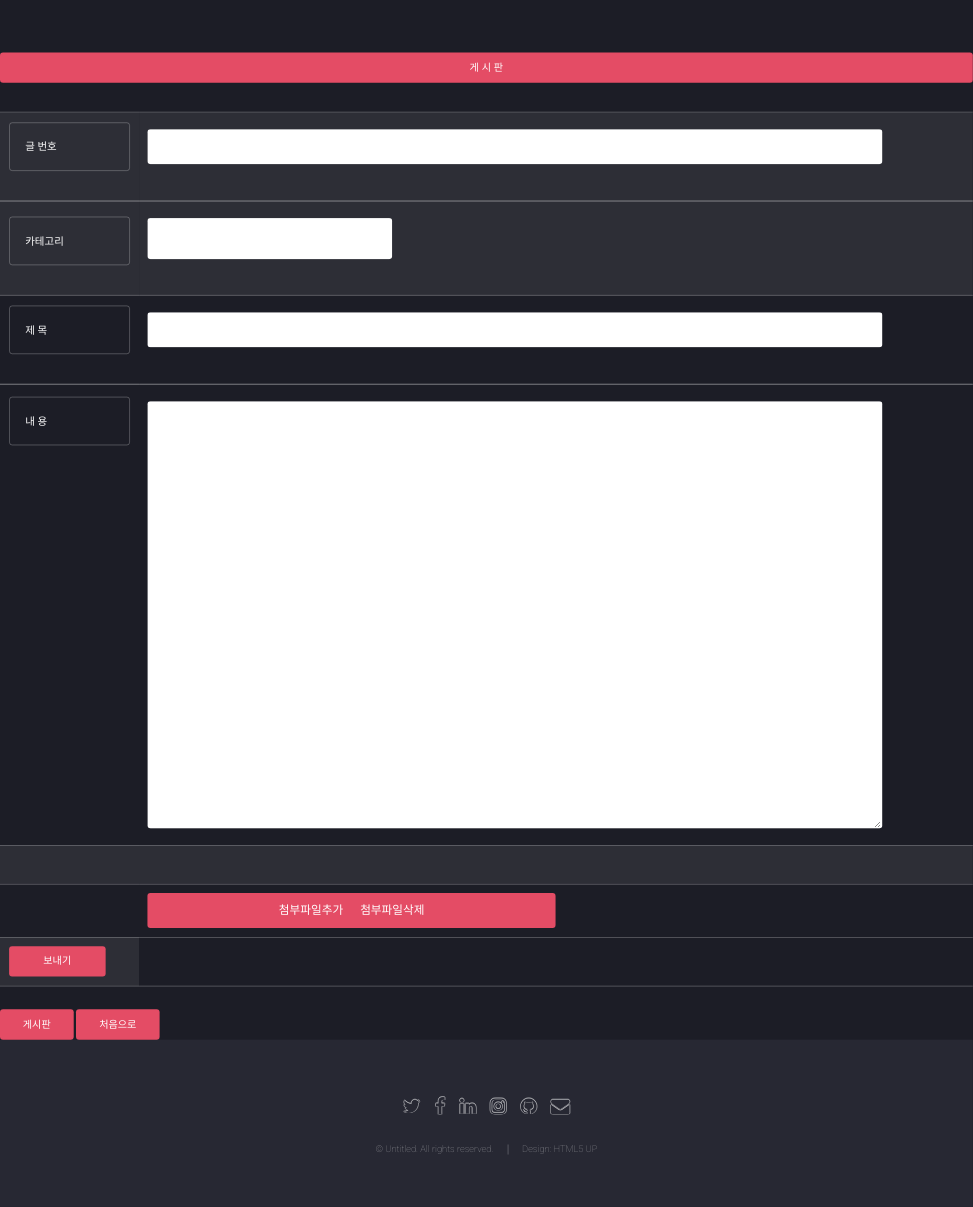
Repository: worMholEamkim/SpringEX
Page: http://localhost/bbs/bbsupdate.do
An editor plug-in stored every save of this project. The page is shown before and after the next save, followed by the edit.
The browser window is 1280 px wide. The pictures show the whole page, at 76% of full size.
The page is served by Tomcat 9. Other server files are loaded and not shown. Queries for data that is not in the repository find no rows.

Above is the page before, as saved 2019-03-18 05:20:33.

### JSP_WepPage_Server-master.zip_expanded/JSP_WepPage_Server-master/bbs/WebContent/WEB-INF/bbsupdate.jsp
<%@ page language="java" contentType="text/html; charset=UTF-8"
	pageEncoding="UTF-8"%>
<%@ taglib prefix="c" uri="http://java.sun.com/jsp/jstl/core"%>

<!DOCTYPE html>
<html lang="en">
<head>
<title>게시판 업로드데스</title>
<meta charset="utf-8">
		<meta charset="utf-8" />
		<meta name="viewport" content="width=device-width, initial-scale=1, user-scalable=no" />
		<link rel="stylesheet" href="assets/css/main.css" />
<style>

	box {
		display: inline;
		transition: border-color 0.2s ease-in-out;
	    background: transparent;
	    border-radius: 4px;
	    border: solid 1px rgba(255, 255, 255, 0.3);
	    color: inherit;
	    text-decoration: none;


	}

	a {
		color:white;
		text-decoration:none;
		border-bottom-color:transparent;

	}


</style>

</head>
<body class="is-preload">
	<%
		String sessionID = null;
		if (session.getAttribute("sessionID") != null) {
			sessionID = (String) session.getAttribute("sessionID");
		}
	%>
	<div class="wrapper style1">
			<button class="button primary fit"><a href="bbs.do">게 시 판</a></button>
		</div>
		<div align="center">
			<form method="post" action="bbsupdate.do">
				<table border=0px>
					<tr>
						<td><h5 class="box">글 번호</h5></td>
						<td colspan="4"><input name="bbsId" type="text" value="${bbsUpdate.bbsId}"  readonly
							style="width: 90%; padding: 12px 20px; margin: 10px 0px; background-color: white; box-sizing: border-box; border-radius: 4px;
	    border: solid 1px rgba(255, 255, 255, 0.3);">
						</td>
					<tr>
					<tr>
						<td><h5 class="box">카테고리</h5></td>
						<td colspan="4">
						<select name="category"
							style="width: 30%; padding: 12px 20px; font-size: 18px; margin: 10px 0px; background-color: white; box-sizing: border-box; border-radius: 4px;
	    border: solid 1px rgba(255, 255, 255, 0.3);">
								<c:if test="${bbsUpdate.bbsCategory == 'math'}">
									<option value="math" selected>수학</option>
								</c:if>
								<c:if test="${bbsUpdate.bbsCategory != 'math'}">
									<option value="math">수학</option>
								</c:if>
								<c:if test="${bbsUpdate.bbsCategory == 'enjoy'}">
									<option value="enjoy" selected>여행</option>
								</c:if>
								<c:if test="${bbsUpdate.bbsCategory != 'enjoy'}">
									<option value="enjoy">여행</option>
								</c:if>
								<c:if test="${bbsUpdate.bbsCategory == 'pic'}">
									<option value="pic" selected>사진</option>
								</c:if>
								<c:if test="${bbsUpdate.bbsCategory != 'pic'}">
									<option value="pic">사진</option>
								</c:if>
								<c:if test="${bbsUpdate.bbsCategory == 'java'}">
									<option value="java" selected>java</option>
								</c:if>
								<c:if test="${bbsUpdate.bbsCategory != 'java'}">
									<option value="java">java</option>
								</c:if>
								<c:if test="${bbsUpdate.bbsCategory == 'web'}">
									<option value="web" selected>웹프로그래밍</option>
								</c:if>
								<c:if test="${bbsUpdate.bbsCategory != 'web'}">
									<option value="web">웹프로그래밍</option>
								</c:if>
								<c:if test="${bbsUpdate.bbsCategory == 'estate'}">
									<option value="estate" selected>부동산</option>
								</c:if>
								<c:if test="${bbsUpdate.bbsCategory != 'estate'}">
									<option value="estate">부동산</option>
								</c:if>
								<c:if test="${bbsUpdate.bbsCategory == 'food'}">
									<option value="food" selected>음식</option>
								</c:if>
								<c:if test="${bbsUpdate.bbsCategory != 'food'}">
									<option value="food">음식</option>
								</c:if>
								<c:if test="${bbsUpdate.bbsCategory == 'common'}">
									<option value="common" selected>상식</option>
								</c:if>
								<c:if test="${bbsUpdate.bbsCategory != 'common'}">
									<option value="common">상식</option>
								</c:if>
						</select>
						</td>

					</tr>
					<tr>
						<td><h5 class="box">제 목</h5></td>
						<td colspan="4"><input name="title" type="text" value="${bbsUpdate.bbsTitle}"
							style="width: 90%; padding: 12px 20px; margin: 10px 0px; background-color: white; box-sizing: border-box; border-radius: 4px;
	    border: solid 1px rgba(255, 255, 255, 0.3);">
						</td>
					<tr>
					<tr>
						<td><h5 class="box">내 용</h5></td>
						<td colspan="4"><textarea name="content" rows="20" cols="80"
								style="width: 90%; padding: 12px 20px; margin: 10px 0px; background-color: white; box-sizing: border-box; border-radius: 4px;
	    border: solid 1px rgba(255, 255, 255, 0.3);;">
								${bbsUpdate.bbsContent}</textarea>
						</td>
					</tr>

					<tr>
						<td colspan="5"><br>
						</td>
					<tr>

						<script type="text/javascript">
							var uf = "";
							function file_add(size, ext) {
								var filecountTemp = parseInt(document
										.getElementById("file_cnt").value);
								var parents = document
										.getElementById("file_add_form");
								var br = document.createElement("br");
								br.setAttribute("id", "br" + (filecountTemp + 1));
								parents.appendChild(br);
								if (filecountTemp == 30) {
									alert("파일업로드는 최대 30개까지 가능합니다"); //< --- 이 부분 지우면 무한대로 추가됨.
									return;
								} else {
									var obj = document.createElement("input");
									obj.setAttribute("type", "file");
									obj.setAttribute("size", size);
									obj.setAttribute("name", "bbs_file"
											+ (filecountTemp + 1));
									obj.setAttribute("id", "file"
											+ (filecountTemp + 1));
									parents.appendChild(obj);
								}
								document.getElementById("file_cnt").value = filecountTemp + 1;
							}
							function file_delete() {
								var filecountTemp = parseInt(document
										.getElementById("file_cnt").value);
								var parents = document
										.getElementById("file_add_form");
								var obj = document.getElementById('file'
										+ filecountTemp);
								var br = document.getElementById('br'
										+ filecountTemp);
								parents.removeChild(obj);

								document.getElementById("file_cnt").value = filecountTemp - 1;
							}
						</script>

						<td colspan="2"></td>

						<td colspan="2">
						<div class="button primary" style="width: 50%;">
						<input type="hidden" id="file_cnt"
							name="file_cnt" value="1" style="">
							<a href="javascript:file_add(50, 'class=input_write');"><b>첨부파일추가</b></a>&nbsp;&nbsp;&nbsp;&nbsp;&nbsp;
							<a href="javascript:file_delete();"><b>첨부파일삭제</b></a>
						</div>
						</td>
					</tr>

						<td colspan="2"><button type="submit"
								class="button primary"
								style="width: 80%;">보내기</button>
						</td>
					</tr>
				</table>
			</form>
		</div>

			<button class="button primary">
				<a href='bbs.do'>게시판</a>
			</button>

			<button class="button primary">
				<a href='home.do'>처음으로</a>
			</button>
	</div>
</body>
<footer id="footer">
					<ul class="icons">
						<li><a href="#" class="icon alt fa-twitter"><span class="label">Twitter</span></a></li>
						<li><a href="#" class="icon alt fa-facebook"><span class="label">Facebook</span></a></li>
						<li><a href="#" class="icon alt fa-linkedin"><span class="label">LinkedIn</span></a></li>
						<li><a href="#" class="icon alt fa-instagram"><span class="label">Instagram</span></a></li>
						<li><a href="#" class="icon alt fa-github"><span class="label">GitHub</span></a></li>
						<li><a href="#" class="icon alt fa-envelope"><span class="label">Email</span></a></li>
					</ul>
					<ul class="copyright">
						<li>&copy; Untitled. All rights reserved.</li><li>Design: <a href="http://html5up.net">HTML5 UP</a></li>
					</ul>
				</footer>
</html>

### JSP_WepPage_Server-master.zip_expanded/JSP_WepPage_Server-master/bbs/src/com/jsp/controller/BbsUpdateController.java
package com.jsp.controller;

import java.io.IOException;

import javax.servlet.RequestDispatcher;
import javax.servlet.ServletException;
import javax.servlet.http.HttpServlet;
import javax.servlet.http.HttpServletRequest;
import javax.servlet.http.HttpServletResponse;
import javax.servlet.http.HttpSession;

import com.jsp.dao.BbsDao;
import com.jsp.dao.TransactionDao;
import com.jsp.dto.BbsDto;
import com.oreilly.servlet.MultipartRequest;
import com.oreilly.servlet.multipart.DefaultFileRenamePolicy;

public class BbsUpdateController extends HttpServlet {
	@Override
	protected void doGet(HttpServletRequest req, HttpServletResponse resp) throws ServletException, IOException {
		String bbsID = req.getParameter("id");
		BbsDao bbsDao = BbsDao.getInstance();
		BbsDto bbsDto = bbsDao.selectById(bbsID);

		req.setAttribute("bbsUpdate", bbsDto);

		RequestDispatcher rd = req.getRequestDispatcher("/WEB-INF/bbsupdate.jsp");
		rd.forward(req, resp);
	}
	@Override
	protected void doPost(HttpServletRequest req, HttpServletResponse resp) throws ServletException, IOException {

		HttpSession session = req.getSession();
		String sessionID = null;
		if (session.getAttribute("sessionID") != null) {
			sessionID = (String) session.getAttribute("sessionID");
		}

		req.setCharacterEncoding("UTF-8");
		resp.setContentType("text/html;charset=UTF-8");

		String category = req.getParameter("category");
		String title = req.getParameter("title");
		String content = req.getParameter("content");
		String bbsId = req.getParameter("bbsId");


		BbsDto bbsDto = new BbsDto();
		bbsDto.setBbsTitle(title);
		bbsDto.setBbsCategory(category);
		bbsDto.setBbsContent(content);
		bbsDto.setBbsId(bbsId);



		TransactionDao tDao = TransactionDao.getInstance();
		System.out.println("업데이트올 작동?");
		int resultTrans = tDao.updateAll(bbsDto);
		//왜애 ㅠㅠㅠ어리머람ㅇㄴ리ㅏㅓㄴㅁ아ㅣ렁ㄴㅁ
		System.out.println(bbsDto.toString());
		req.setAttribute("resultTrans", resultTrans);

		RequestDispatcher rd = req.getRequestDispatcher("bbs.do");

		rd.forward(req, resp);

	}


}

### JSP_WepPage_Server-master.zip_expanded/JSP_WepPage_Server-master/bbs/src/com/jsp/dao/BbsDao.java
package com.jsp.dao;

import java.sql.Connection;
import java.sql.DriverManager;
import java.sql.PreparedStatement;
import java.sql.ResultSet;
import java.sql.SQLException;
import java.util.ArrayList;
import java.util.List;

import com.jsp.dto.BbsDto;

public class BbsDao {

	private static BbsDao bbsDao;
	private Connection conn;
	private PreparedStatement pstmt;
	private int result;
	private ResultSet rs;
	private List<BbsDto> bbsList;


	private BbsDao() {
	}



	public static synchronized BbsDao getInstance() {
		if(bbsDao == null) {
			bbsDao = new BbsDao();
	}
		return bbsDao;
	}
	public Connection getConnect() {
		String url = "jdbc:oracle:thin:@localhost:1521:xe";
		String id = "BIG";
		String pw ="1234";
		try {
			Class.forName("core.log.jdbc.driver.OracleDriver");
			conn = DriverManager.getConnection(url, id, pw);

		} catch(ClassNotFoundException e) {
			e.printStackTrace();
		} catch(SQLException e) {
			e.printStackTrace();
		}
		return conn;
	}

	public BbsDto selectById(String id) {

		// id 확인
		//System.out.println("dao에서 id = " + id);
		BbsDto bbsDto = new BbsDto();
		//System.out.println("왜");
		conn = this.getConnect();
		//System.out.println("에러가난거야 쉬뱌ㅠㅠ");

		StringBuffer query = new StringBuffer();
		query.append("SELECT *");
		query.append(" FROM BBS");
		query.append(" WHERE BBSID=? ");

		try {
			//System.out.println("양심적으로 try문은 들어가야지?");
			pstmt = conn.prepareStatement(query.toString());
			pstmt.setString(1, id);

			//System.out.println("설마 여긴가?");
			rs = pstmt.executeQuery();
			// rs 확인
			//System.out.println("dao에서 " + rs);
			while (rs.next()) {

				bbsDto.setId(rs.getString("ID"));
				bbsDto.setBbsId(rs.getString("BBSID"));
				bbsDto.setBbsTitle(rs.getString("BBSTITLE"));
				bbsDto.setBbsDate(rs.getString("BBSDATE"));
				bbsDto.setBbsCategory(rs.getString("BBSCATEGORY"));
				bbsDto.setBbsContent(rs.getString("BBSCONTENT"));
				bbsDto.setBbsHit(rs.getString("BBSHIT"));
				//System.out.println(bbsDto.toString());
			}
		} catch (SQLException e) {

		} finally {
			this.close(conn, pstmt, null);
		}
		return bbsDto;
	}


	public BbsDto selectBeforeById(String id) {

		BbsDto bbsDto = new BbsDto();
		conn = this.getConnect();
		StringBuffer query = new StringBuffer();

		query.append("SELECT * FROM BBS WHERE BBSID IN ");
		query.append(" ((SELECT MAX(BBSID) FROM BBS ");
		query.append(" WHERE BBSID < ? ))");
		try {
			pstmt = conn.prepareStatement(query.toString());
			pstmt.setString(1, id);
			rs = pstmt.executeQuery();

			while(rs.next()) {
				bbsDto.setId(rs.getString("ID"));
				bbsDto.setBbsId(rs.getString("BBSID"));
				bbsDto.setBbsTitle(rs.getString("BBSTITLE"));
				bbsDto.setBbsDate(rs.getString("BBSDATE"));
				bbsDto.setBbsCategory(rs.getString("BBSCATEGORY"));
				bbsDto.setBbsContent(rs.getString("BBSCONTENT"));
				bbsDto.setBbsHit(rs.getString("BBSHIT"));
			}
		} catch (SQLException e) {

		} finally {
			this.close(conn, pstmt, null);
		}
		return bbsDto;
	}


	public BbsDto selectAfterById(String id) {

		BbsDto	bbsDto = new BbsDto();
		conn = this.getConnect();
		StringBuffer query = new StringBuffer();

		query.append("SELECT * FROM BBS WHERE BBSID IN ");
		query.append(" ((SELECT MIN(BBSID) FROM BBS ");
		query.append(" WHERE BBSID > ? )) ");
		try {
			pstmt = conn.prepareStatement(query.toString());
			pstmt.setString(1, id);
			rs = pstmt.executeQuery();

			while(rs.next()) {
				bbsDto.setId(rs.getString("ID"));
				bbsDto.setBbsId(rs.getString("BBSID"));
				bbsDto.setBbsTitle(rs.getString("BBSTITLE"));
				bbsDto.setBbsDate(rs.getString("BBSDATE"));
				bbsDto.setBbsCategory(rs.getString("BBSCATEGORY"));
				bbsDto.setBbsContent(rs.getString("BBSCONTENT"));
				bbsDto.setBbsHit(rs.getString("BBSHIT"));
			}
		} catch (SQLException e) {

		} finally {
			this.close(conn, pstmt, null);
		}
		return bbsDto;
	}


	public int hitUpdate(String id) {

		conn = this.getConnect();
		StringBuffer query = new StringBuffer();
		query.append("UPDATE BBS SET BBSHIT = BBSHIT +1 WHERE BBSID=?");
			try {
				pstmt = conn.prepareStatement(query.toString());
				pstmt.setString(1, id);
				result = pstmt.executeUpdate();
			} catch(SQLException e1) {
	}
			finally {
				this.close(conn, pstmt, null);
			}
			return result;
	}

	public int hitUpdate(Connection conn, String id) {

			conn = this.getConnect();
			StringBuffer query = new StringBuffer();
			query.append("UPDATE BBS SET BBSHIT = BBSHIT +1 WHERE BBSID=?");
				try {
					pstmt = conn.prepareStatement(query.toString());
					pstmt.setString(1, id);
					result = pstmt.executeUpdate();
				} catch(SQLException e1) {
		}
				finally {
					this.close(conn, pstmt, null);
				}
				return result;
		}



	public int update(BbsDto bbsDto) {

		conn = this.getConnect();
		StringBuffer query = new StringBuffer();
		query.append("UPDATE BBS SET ");
		query.append(" BBTITLE=?, BBSCATEGORY=?, BBSCONTENT=?");
		query.append(" WHERE BBSID=?");
			try {
				pstmt = conn.prepareStatement(query.toString());
				pstmt.setString(1, bbsDto.getBbsTitle());
				pstmt.setString(2, bbsDto.getBbsCategory());
				pstmt.setString(3, bbsDto.getBbsContent());
				pstmt.setString(4, bbsDto.getBbsId());

				result = pstmt.executeUpdate();
			} catch (SQLException e1) {

			} finally {
				this.close(conn, pstmt, null);
			}
			return result;
	}


	public int insert(BbsDto bbsDto) {

		conn = this.getConnect();
		StringBuffer query = new StringBuffer();
		query.append("INSERT INTO BBS(BBSID, ID, BBSTITLE, BBSDATE, BBSCATEGORY, BBSCONTENT, BBSHIT)");
		query.append(" VALUES (bbs_seq.nextval ,? ,? ,sysdate,? ,? ,0 )");

		try {
			pstmt = conn.prepareStatement(query.toString());
			pstmt.setString(1, bbsDto.getId());
			pstmt.setString(2, bbsDto.getBbsTitle());
			pstmt.setString(3, bbsDto.getBbsCategory());
			pstmt.setString(4, bbsDto.getBbsContent());

			result = pstmt.executeUpdate();

		} catch (SQLException e) {
			e.printStackTrace();
		} finally {
			this.close(conn, pstmt, null);
		}
		return result;
	}


	public int insertOracle(BbsDto bbsDto) {

		conn = this.getConnect();
		StringBuffer query = new StringBuffer();
		query.append("INSERT INTO BBS(BBSID, ID, BBSTITLE, BBSDATE, BBSCATEGORY, BBSCONTENT, BBSHIT)");
		query.append(" VALUES(BBS_SEQ.BEXTVAL, ? ,? ,NOW(), ?, ?, 0 )");

		try {
			pstmt = conn.prepareStatement(query.toString());
			pstmt.setString(1,  bbsDto.getId());
			pstmt.setString(2,  bbsDto.getBbsTitle());
			pstmt.setString(3,  bbsDto.getBbsCategory());
			pstmt.setString(4,  bbsDto.getBbsContent());

			result = pstmt.executeUpdate();
		} catch (SQLException e) {
			e.printStackTrace();
		} finally {
			this.close(conn, pstmt, null);
		}
		return result;
	}


	public List<BbsDto> selectAll(int startNum, int perpage) {
		bbsList = new ArrayList<>();
		conn = this.getConnect();
		StringBuffer query = new StringBuffer();
		query.append("SELECT T2.*");
		query.append("	FROM (SELECT ROWNUM R2, T.*");
		query.append("	FROM (SELECT BBSID, ID, substr(BBSTITLE, 1, 10) BBSTITLE, BBSDATE,");
		query.append("BBSCATEGORY, substr(BBSCONTENT, 1, 15) BBSCONTENT, BBSHIT ");
		query.append(" FROM BBS ORDER BY BBSID DESC ) T) T2 ");
		query.append("WHERE T2.R2 BETWEEN ? AND ?");

		try {
			pstmt = conn.prepareStatement(query.toString());
			pstmt.setInt(1, startNum - 1);
			pstmt.setInt(2, perpage);


			rs = pstmt.executeQuery();
			while (rs.next()) {
				BbsDto bbsDto = new BbsDto();

				bbsDto.setId(rs.getString("ID"));
				bbsDto.setBbsId(rs.getString("BBSID"));
				bbsDto.setBbsTitle(rs.getString("BBSTITLE"));
				bbsDto.setBbsDate(rs.getString("BBSDATE"));
				bbsDto.setBbsCategory(rs.getString("BBSCATEGORY"));
				bbsDto.setBbsContent(rs.getString("BBSCONTENT"));
				bbsDto.setBbsHit(rs.getString("BBSHIT"));

				bbsList.add(bbsDto);
			}
			} catch(SQLException e) {
				e.printStackTrace();
		}	return bbsList;
}


	public int delete(int id) {

		conn = this.getConnect();
		StringBuffer query = new StringBuffer();

		try {

			query.append("DELETE FROM BBS");
			query.append(" WHERE BBSID = ?");
			pstmt = conn.prepareStatement(query.toString());
			pstmt.setInt(1,  id);
			int result = pstmt.executeUpdate();

			return result;
		} catch (SQLException e) {
			e.printStackTrace();
		} finally {
			this.close(conn, pstmt, null);
		}
		return -1;
	}



	public int getTotalCount() {

		conn = this.getConnect();
		StringBuffer query = new StringBuffer();
		query.append("SELECT count(*)");
		query.append(" FROM BBS");

		try {
			pstmt = conn.prepareStatement(query.toString());
			rs = pstmt.executeQuery();

			if(rs.next()) {
				return rs.getInt("count(*)");
			}
		} catch (SQLException e) {
			e.printStackTrace();
		} finally {
			this.close(conn, pstmt, rs);
		}
		return -1;
	}


	public void close(Connection conn, PreparedStatement stmt, ResultSet rs) {
		if (rs != null) {
			try {
				rs.close();
			} catch (SQLException e) {
			}
		}
		if (stmt != null) {
			try {
				stmt.close();
			} catch (SQLException e) {
			}
		}
		if (conn != null) {
			try {
				conn.close();
			} catch (SQLException e) {
			}
		}
	}

	public static void main(String[] args) {
		BbsDao mDao = BbsDao.getInstance();
	}


}

### JSP_WepPage_Server-master.zip_expanded/JSP_WepPage_Server-master/bbs/src/com/jsp/dto/BbsDto.java
package com.jsp.dto;

public class BbsDto {

	private String id;
	private String bbsId;
	private String bbsTitle;
	private String bbsDate;
	private String bbsCategory;
	private String bbsContent;
	private String bbsHit;

	public String getId() {
		return id;
	}
	public void setId(String id) {
		this.id = id;
	}
	public String getBbsId() {
		return bbsId;
	}
	public void setBbsId(String bbsId) {
		this.bbsId = bbsId;
	}
	public String getBbsTitle() {
		return bbsTitle;
	}
	public void setBbsTitle(String bbsTitle) {
		this.bbsTitle = bbsTitle;
	}
	public String getBbsDate() {
		return bbsDate;
	}
	public void setBbsDate(String bbsDate) {
		this.bbsDate = bbsDate;
	}
	public String getBbsCategory() {
		return bbsCategory;
	}
	public void setBbsCategory(String bbsCategory) {
		this.bbsCategory = bbsCategory;
	}
	public String getBbsContent() {
		return bbsContent;
	}
	public void setBbsContent(String bbsContent) {
		this.bbsContent = bbsContent;
	}
	public String getBbsHit() {
		return bbsHit;
	}
	public void setBbsHit(String bbsHit) {
		this.bbsHit = bbsHit;
	}
	@Override
	public String toString() {
		return "BbsDto [id=" + id + ", bbsId=" + bbsId + ", bbsTitle=" + bbsTitle + ", bbsDate=" + bbsDate
				+ ", bbsCategory=" + bbsCategory + ", bbsContent=" + bbsContent + ", bbsHit=" + bbsHit + "]";
	}

}

Loaded but not shown: JSP_WepPage_Server-master.zip_expanded/JSP_WepPage_Server-master/bbs/WebContent/assets/css/font-awesome.min.css (library); JSP_WepPage_Server-master.zip_expanded/JSP_WepPage_Server-master/bbs/WebContent/assets/css/main.css (4070 lines, source omitted)

After the next save:
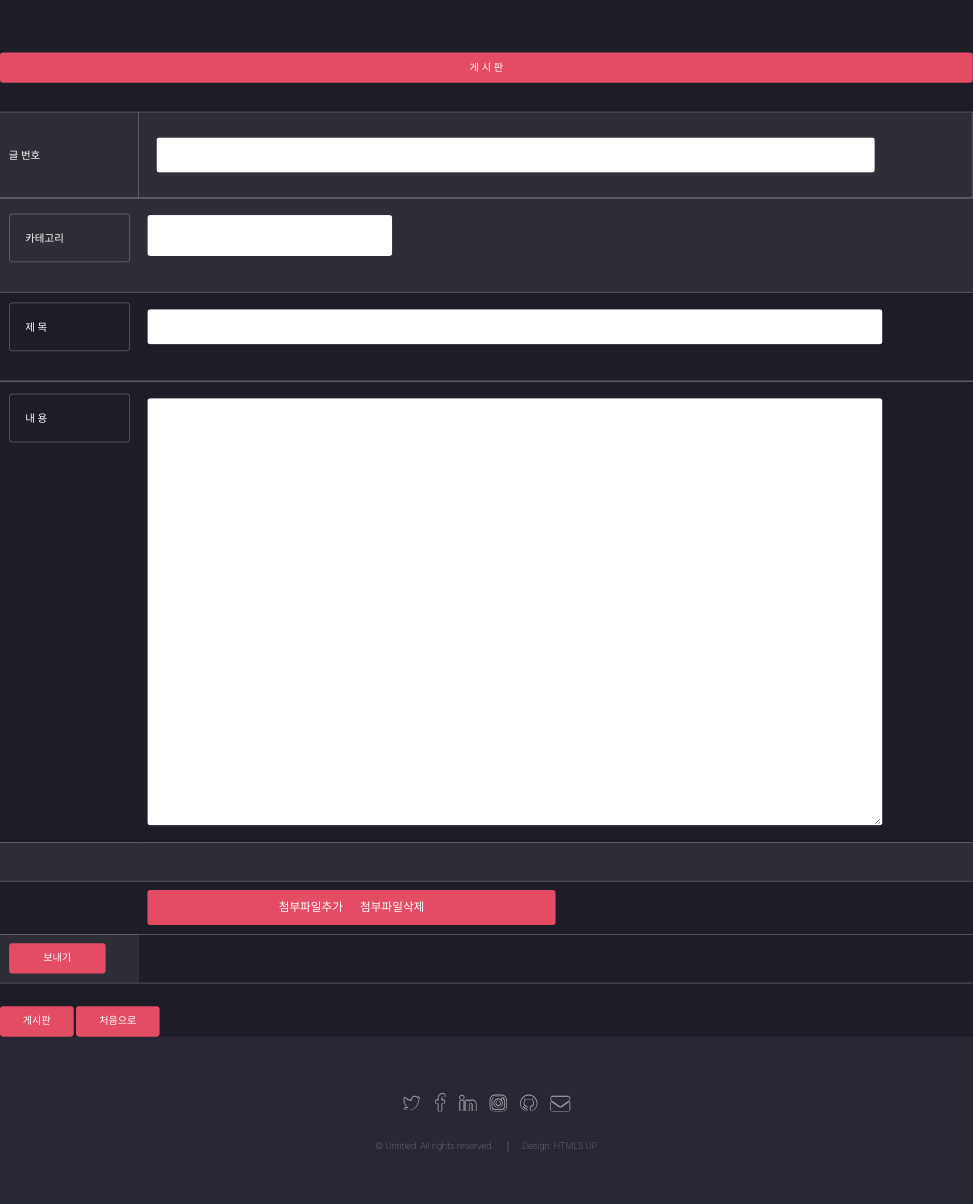
Saved 64 s later.
--- a/JSP_WepPage_Server-master.zip_expanded/JSP_WepPage_Server-master/bbs/WebContent/WEB-INF/bbsupdate.jsp
+++ b/JSP_WepPage_Server-master.zip_expanded/JSP_WepPage_Server-master/bbs/WebContent/WEB-INF/bbsupdate.jsp
@@ -49,8 +49,8 @@
 			<form method="post" action="bbsupdate.do">
 				<table border=0px>
 					<tr>
-						<td><h5 class="box">글 번호</h5></td>
-						<td colspan="4"><input name="bbsId" type="text" value="${bbsUpdate.bbsId}"  readonly
+						<td><h5>글 번호</h5></td>
+						<td  class="box" colspan="4"><input name="bbsId" type="text" value="${bbsUpdate.bbsId}"  readonly
 							style="width: 90%; padding: 12px 20px; margin: 10px 0px; background-color: white; box-sizing: border-box; border-radius: 4px;
 	    border: solid 1px rgba(255, 255, 255, 0.3);">
 						</td>
